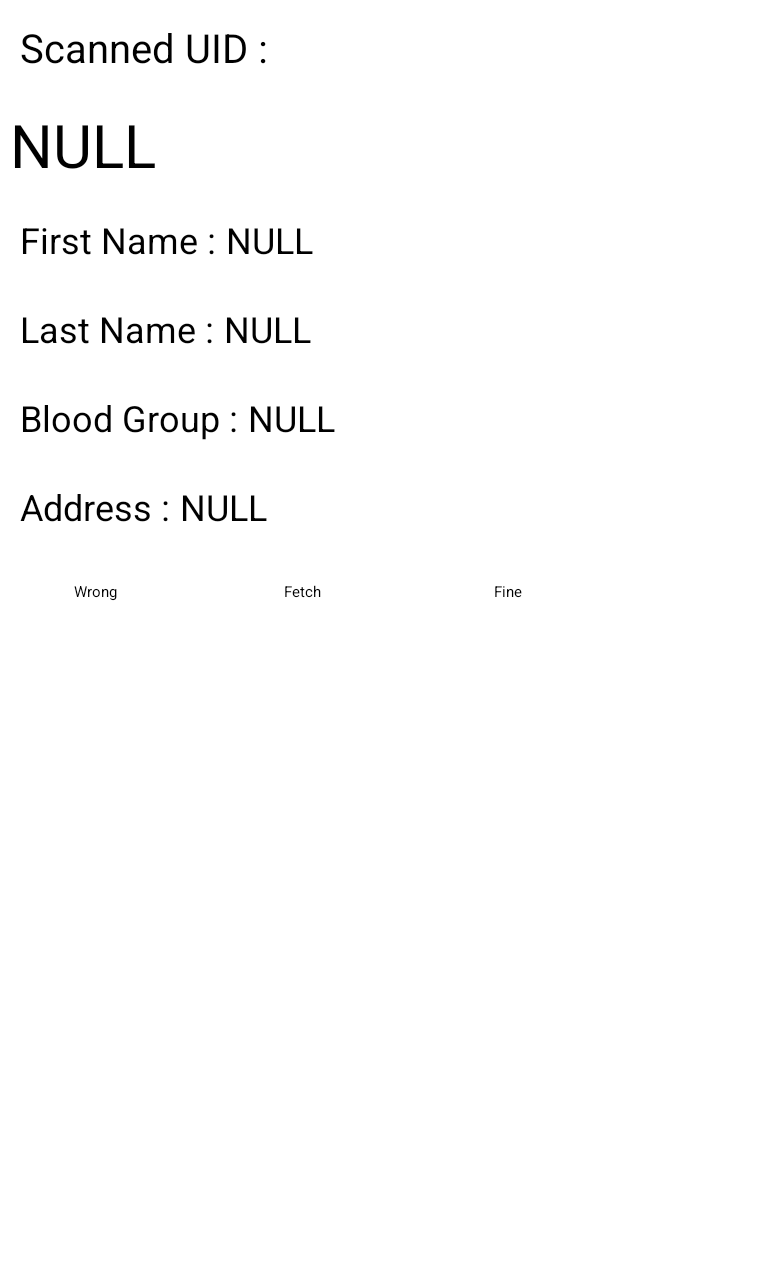
Repository: LennoxAlexion/UID
Layout: Android App/Uid-Project/res/layout/activity_qr_result_success.xml
These files come from the project's save history. The layout is drawn as it stood at one moment and after the next save; the edit follows.
It is drawn on a 768 x 1280 px phone screen (xhdpi) without system bars, with theme AppTheme; the app's code is not run.

Above is the layout before, as saved 2015-03-29 11:02:56.

### Android App/Uid-Project/res/layout/activity_qr_result_success.xml
<?xml version="1.0" encoding="utf-8"?>
<LinearLayout xmlns:android="http://schemas.android.com/apk/res/android"
    android:layout_width="match_parent"
    android:layout_height="match_parent"
    android:orientation="vertical"
>

    <TextView
        android:layout_width="wrap_content"
        android:layout_height="wrap_content"
        android:text="Scanned UID : "
        android:layout_margin="10dp"
        android:textSize="20dp" />

    <TextView
        android:id="@+id/TextView_ScannedCode"
        android:layout_width="wrap_content"
        android:layout_height="wrap_content"
        android:text="NULL"
        android:layout_margin="5dp"
        android:textSize="30dp" />


    <LinearLayout
        android:layout_width="fill_parent"
        android:layout_height="wrap_content"
        android:layout_margin="5dp"
        android:orientation="horizontal"
        android:padding="5dp" >

        <TextView
            android:layout_width="wrap_content"
            android:layout_height="wrap_content"
            android:text="First Name :"
            android:textSize="18dp" />

        <TextView
            android:id="@+id/TextView_qr_result_FirstName"
            android:layout_width="wrap_content"
            android:layout_height="wrap_content"
            android:layout_marginLeft="5dp"
            android:text="NULL"
            android:textSize="18dp" />
    </LinearLayout>

    <LinearLayout
        android:layout_width="fill_parent"
        android:layout_height="wrap_content"
        android:layout_margin="5dp"
        android:orientation="horizontal"
        android:padding="5dp" >

        <TextView
            android:layout_width="wrap_content"
            android:layout_height="wrap_content"
            android:text="Last Name :"
            android:textSize="18dp" />

        <TextView
            android:id="@+id/TextView_qr_result_LastName"
            android:layout_width="wrap_content"
            android:layout_height="wrap_content"
            android:layout_marginLeft="5dp"
            android:text="NULL"
            android:textSize="18dp" />
    </LinearLayout>

    <LinearLayout
        android:layout_width="fill_parent"
        android:layout_height="wrap_content"
        android:layout_margin="5dp"
        android:orientation="horizontal"
        android:padding="5dp" >

        <TextView
            android:layout_width="wrap_content"
            android:layout_height="wrap_content"
            android:text="Blood Group :"
            android:textSize="18dp" />

        <TextView
            android:id="@+id/TextView_qr_result_BloodGroup"
            android:layout_width="wrap_content"
            android:layout_height="wrap_content"
            android:layout_marginLeft="5dp"
            android:text="NULL"
            android:textSize="18dp" />
    </LinearLayout>

    <LinearLayout
        android:layout_width="fill_parent"
        android:layout_height="wrap_content"
        android:layout_margin="5dp"
        android:orientation="horizontal"
        android:padding="5dp" >

        <TextView
            android:layout_width="wrap_content"
            android:layout_height="wrap_content"
            android:text="Address :"
            android:textSize="18dp" />

        <TextView
            android:id="@+id/TextView_qr_result_Address"
            android:layout_width="wrap_content"
            android:layout_height="wrap_content"
            android:layout_marginLeft="5dp"
            android:text="NULL"
            android:textSize="18dp" />
    </LinearLayout>
    <LinearLayout
        android:layout_width="fill_parent"
        android:layout_height="wrap_content"
        android:layout_gravity="center_horizontal"
        android:layout_margin="5dp"
        android:gravity="center"
        android:orientation="horizontal"
        android:padding="5dp" >

        <Button
            android:id="@+id/Button_qr_result_WrongQR"
            android:layout_width="100dp"
            android:layout_height="wrap_content"


            android:text="Wrong" />


        <Button
            android:id="@+id/Button_qr_result_Fetch"
            android:layout_width="100dp"
            android:layout_height="wrap_content"
            android:layout_margin="5dp"

            android:text="Fetch" />

        <Button
            android:id="@+id/Button_qr_result_ImposeFine"
            android:layout_width="100dp"
            android:layout_height="wrap_content"

            android:text="Fine" />

    </LinearLayout>



</LinearLayout>

### Android App/Uid-Project/res/values-v14/styles.xml
<resources>

    <!--
        Base application theme for API 14+. This theme completely replaces
        AppBaseTheme from BOTH res/values/styles.xml and
        res/values-v11/styles.xml on API 14+ devices.
    -->
    <style name="AppBaseTheme" parent="android:">
        <!-- API 14 theme customizations can go here. -->
    </style>

</resources>

### Android App/Uid-Project/res/values-v21/styles.xml
<resources>

    <!--
        Base application theme for API 14+. This theme completely replaces
        AppBaseTheme from BOTH res/values/styles.xml and
        res/values-v11/styles.xml on API 14+ devices.
    -->
    <style name="AppBaseTheme" parent="android:">
        <!-- API 14 theme customizations can go here. -->
    </style>

</resources>

Loaded but not shown: Android App/Uid-Project/res/values/styles.xml (common file); Android App/Uid-Project/res/values-v11/styles.xml (common file)

After the next save:
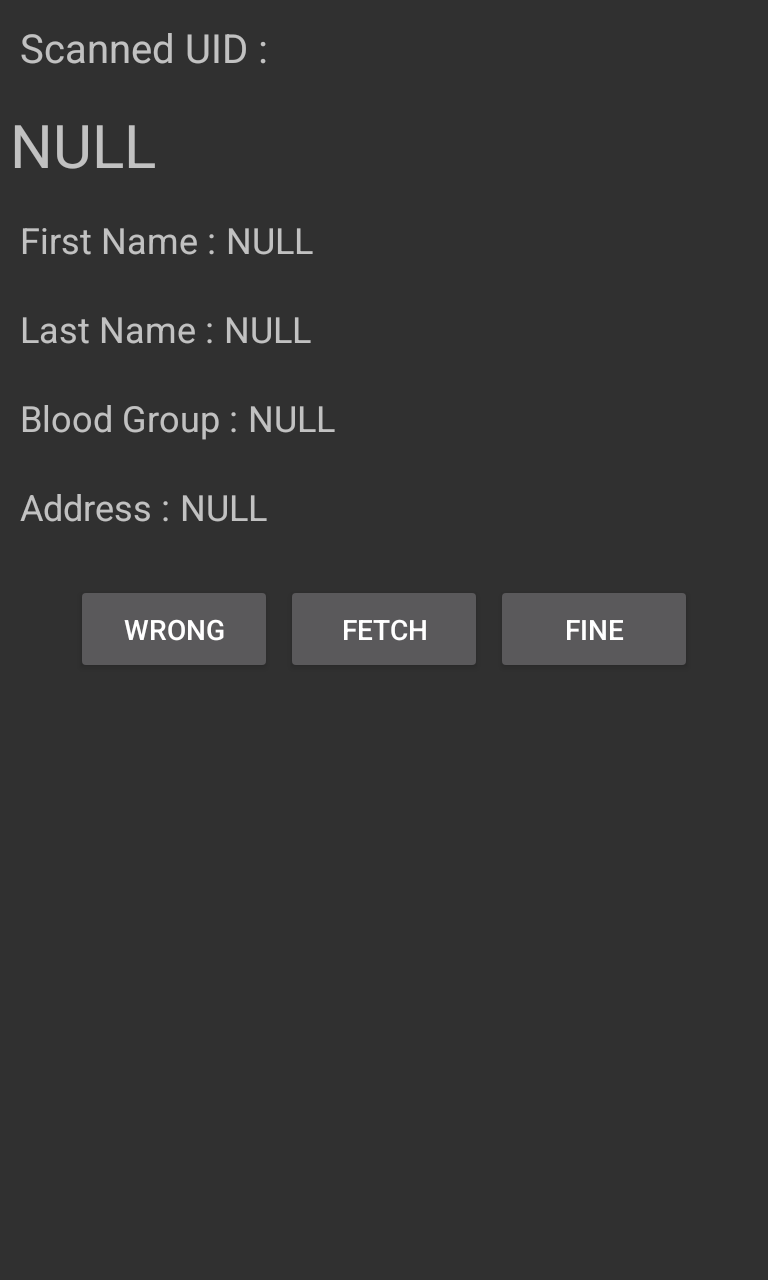
Saved 9 s later.
--- a/Android App/Uid-Project/res/values-v14/styles.xml
+++ b/Android App/Uid-Project/res/values-v14/styles.xml
@@ -5,7 +5,7 @@
         AppBaseTheme from BOTH res/values/styles.xml and
         res/values-v11/styles.xml on API 14+ devices.
     -->
-    <style name="AppBaseTheme" parent="android:">
+    <style name="AppBaseTheme" parent="android:Theme.Material">
         <!-- API 14 theme customizations can go here. -->
     </style>
 
--- a/Android App/Uid-Project/res/values-v21/styles.xml
+++ b/Android App/Uid-Project/res/values-v21/styles.xml
@@ -5,7 +5,7 @@
         AppBaseTheme from BOTH res/values/styles.xml and
         res/values-v11/styles.xml on API 14+ devices.
     -->
-    <style name="AppBaseTheme" parent="android:">
+    <style name="AppBaseTheme" parent="android:Theme.Material">
         <!-- API 14 theme customizations can go here. -->
     </style>
 
